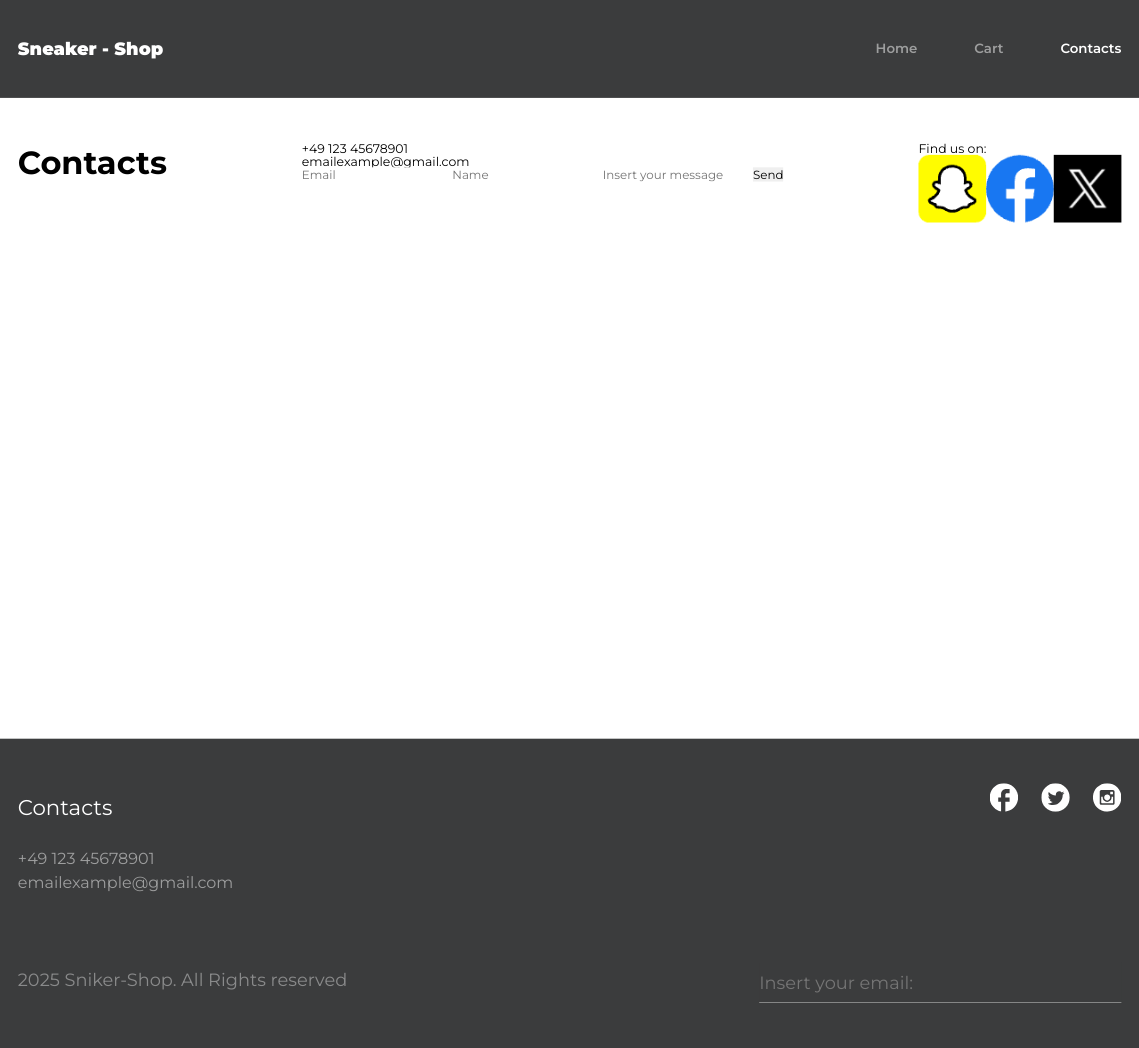
Repository: IstratiiNik/sneaker-shop
Page: /contacts
These files come from the project's save history. The page is drawn as it stood at one moment and after a run of saves; the edit follows.
The browser window is 1280 px wide. The pictures show the whole page, at 89% of full size.
The page's requests for data from a server got no answer. The project was rebuilt for these pictures with package versions that can differ from the ones it lists, and the page was loaded fresh each time. No one was signed in, and anything a server would have sent is missing. Also part of the build but not shown: vite.config.js, src/components/News/News.module.scss, src/components/News/News.jsx, src/components/ProductCard/ProductCard.module.scss, src/components/ProductCard/ProductCard.jsx, src/components/Main/Main.module.scss, src/components/Main/Main.jsx, src/components/CartCard/CartCard.module.scss and 3 more.

Above is the page before, as saved 2025-07-03 11:21:52.

### index.html
<!DOCTYPE html>
<html lang="en">
  <head>
    <meta charset="UTF-8" />
    <link rel="icon" type="image/svg+xml" href="/vite.svg" />
    <link rel="preconnect" href="https://fonts.googleapis.com" />
    <link rel="preconnect" href="https://fonts.gstatic.com" crossorigin />
    <link
      href="https://fonts.googleapis.com/css2?family=Montserrat:ital,wght@0,100..900;1,100..900&family=Red+Hat+Display:ital,wght@0,300..900;1,300..900&display=swap"
      rel="stylesheet"
    />
    <link rel="preconnect" href="https://fonts.googleapis.com" />
    <link rel="preconnect" href="https://fonts.gstatic.com" crossorigin />
    <link
      href="https://fonts.googleapis.com/css2?family=Inter:ital,opsz,wght@0,14..32,100..900;1,14..32,100..900&family=Montserrat:ital,wght@0,100..900;1,100..900&family=Red+Hat+Display:ital,wght@0,300..900;1,300..900&display=swap"
      rel="stylesheet"
    />
    <meta name="viewport" content="width=device-width, initial-scale=1.0" />
    <title>Sneaker Shop</title>
  </head>
  <body>
    <div id="root"></div>
    <script type="module" src="/src/main.jsx"></script>
  </body>
</html>

### src/App.jsx
import { BrowserRouter as Router, Routes, Route } from "react-router-dom";

import Header from "./components/Header/Header";
import Main from "./components/Main/Main";
import Cart from "./components/Cart/Cart";
import Contacts from "./components/Contacts/Contacts";
import Footer from "./components/Footer/Footer";
import "./App.css";
import { CartProvider } from "./context/CartContext";

function App() {
  return (
    <div className="wrapper">
      <CartProvider>
        <Header />
        <main>
          <Routes>
            <Route path="/" element={<Main />} />
            <Route path="/cart" element={<Cart />} />
            <Route path="/contacts" element={<Contacts />} />
          </Routes>
        </main>
        <Footer />
      </CartProvider>
    </div>
  );
}

export default App;

### src/components/Header/Header.jsx
import React from "react";
import { NavLink } from "react-router-dom";
import styles from "./Header.module.scss";

// Header with navigation links
const Header = () => {
  return (
    <header className={styles.header}>
      <div className={styles.container}>
        <h1>Sneaker - Shop</h1>
        <nav className={styles.nav}>
          <NavLink
            to="/"
            style={({ isActive }) => ({
              color: isActive ? "#FFFFFF" : "#FFFFFF80",
            })}
          >
            Home
          </NavLink>
          <NavLink
            to="/cart"
            style={({ isActive }) => ({
              color: isActive ? "#FFFFFF" : "#FFFFFF80",
            })}
          >
            Cart
          </NavLink>
          <NavLink
            to="/contacts"
            style={({ isActive }) => ({
              color: isActive ? "#FFFFFF" : "#FFFFFF80",
            })}
          >
            Contacts
          </NavLink>
        </nav>
      </div>
    </header>
  );
};

export default Header;

### src/components/Contacts/Contacts.jsx
import React from "react";
import SnapChat from "../../assets/contacts/SnapChat.png";
import Facebook from "../../assets/contacts/Facebook.png";
import X from "../../assets/contacts/X.png";
import styles from "./Contacts.module.scss";

const Contacts = () => {
  return (
    <section className={styles.contacts}>
      <h1>Contacts</h1>
      <div className={styles.contactForm}>
        <ul>
          <li>+49 123 45678901</li>
          <li>emailexample@gmail.com</li>
          <form action="#">
            <input type="email" placeholder="Email" required />
            <input type="text" placeholder="Name" required />
            <input type="textarea" placeholder="Insert your message" required />
            <button type="submit">Send</button>
          </form>
        </ul>
      </div>
      <div className={styles.links}>
        <p>Find us on:</p>
        <a href="https://www.snapchat.com">
          <img src={SnapChat} alt="Snapchat" />
        </a>
        <a href="https://www.facebook.com">
          <img src={Facebook} alt="Facebook" />
        </a>
        <a href="https://www.X.com">
          <img src={X} alt="X" />
        </a>
      </div>
    </section>
  );
};

export default Contacts;

### src/components/Footer/Footer.jsx
import React from "react";
import styles from "./Footer.module.scss";
import facebookLogo from "../../assets/Facebook_logo.svg";
import twitterLogo from "../../assets/Twitter_logo.svg";
import instagramLogo from "../../assets/Instagram_logo.svg";

// Footer with contacts and social links
const Footer = () => {
  return (
    <footer className={styles.footer}>
      <div className={styles.container}>
        <div className={styles.footerLeft}>
          <h3>Contacts</h3>
          <div>
            <span>+49 123 45678901</span>
            <span>emailexample@gmail.com</span>
          </div>
          <p>2025 Sniker-Shop. All Rights reserved</p>
        </div>
        <div className={styles.footerRight}>
          <div>
            <a href="link.domain">
              <img src={facebookLogo} alt="facebook" />
            </a>
            <a href="link.domain">
              <img src={twitterLogo} alt="twitter" />
            </a>
            <a href="link.domain">
              <img src={instagramLogo} alt="instagram" />
            </a>
          </div>
          <input type="text" placeholder="Insert your email:" />
        </div>
      </div>
    </footer>
  );
};

export default Footer;

### src/App.css
@import "reset.css";

#root {
  font-family: Montserrat;
  margin: 0 auto;
  height: 100%;
}

.wrapper {
  min-height: 100vh;
  display: flex;
  flex-direction: column;
}
main {
  flex: 1;
}

### src/context/CartContext.jsx
import React, { createContext, useState, useContext, useEffect } from "react";
import axios from "axios";

// Create context for cart
const CartContext = createContext();

// Provider component for cart context
export const CartProvider = ({ children }) => {
  const [cartItems, setCartItems] = useState([]);

  // Fetch cart items from API on mount
  useEffect(() => {
    const fetchCartItems = async () => {
      try {
        const response = await axios.get(
          "https://6863d97e88359a373e969065.mockapi.io/cartData"
        );
        setCartItems(response.data);
      } catch (error) {
        console.error("Error when retrieving shopping cart data: ", error);
      }
    };
    fetchCartItems();
  }, []);

  // Add product to cart and update state
  const addToCart = async (product) => {
    try {
      const response = await axios.post(
        "https://6863d97e88359a373e969065.mockapi.io/cartData",
        product
      );
      setCartItems((prevItems) => [...prevItems, response.data]);
    } catch (error) {
      console.error("Error when adding cart data: ", error);
    }
  };

  // Delete product from cart and update state
  const deleteFromCart = async (product) => {
    try {
      await axios.delete(
        `https://6863d97e88359a373e969065.mockapi.io/cartData/${product.id}`
      );
      setCartItems((prevItems) =>
        prevItems.filter((item) => item.id !== product.id)
      );
    } catch (error) {
      console.error("Error when deleting an item from the cart: ", error);
    }
  };

  // Provide cart state and actions to children
  return (
    <CartContext.Provider value={{ cartItems, addToCart, deleteFromCart }}>
      {children}
    </CartContext.Provider>
  );
};

// Custom hook for using cart context
export const useCart = () => useContext(CartContext);

### src/components/Header/Header.module.scss
.header {
  background-color: rgb(59, 60, 61);
  height: 110px;
  width: 100%;
}
.container {
  max-width: 1460px;
  margin: 0 auto;
  height: 100%;
  display: flex;
  align-items: center;
  justify-content: space-between;
  padding: 0 20px;

  h1 {
    color: rgb(255, 255, 255);
    font-size: 20px;
    font-weight: 900;
    line-height: 24px;
  }
}

.nav {
  display: flex;
  gap: 64px;

  font-size: 15px;
  font-weight: 600;
  line-height: 18px;

  @media (max-width: 900px) {
    gap: 40px;
  }

  @media (max-width: 600px) {
    gap: 30px;
  }
}

### src/components/Contacts/Contacts.module.scss
.contacts {
  display: flex;
  justify-content: space-between;
  max-width: 1460px;
  min-height: 100vh;
  padding: 50px 20px;
  margin: 0 auto;

  h1 {
    font-size: 36px;
    font-weight: 700;
    line-height: 44px;

  }
}
.contactForm {
}
.links {
}

### src/components/Footer/Footer.module.scss
.footer {
  background-color: rgb(59, 60, 61);
  height: 347px;
  width: 100%;
}
.container {
  max-width: 1460px;
  margin: 0 auto;
  height: 100%;
  display: flex;
  align-items: center;
  justify-content: space-between;
  padding: 0 20px;
}

.footerLeft {
  h3 {
    color: rgb(255, 255, 255);
    font-size: 24px;
    line-height: 81%;
    margin-bottom: 40px;
  }

  div {
    display: flex;
    flex-direction: column;
    gap: 13px;

    margin-bottom: 93px;
    color: rgba(255, 255, 255, 0.5);
    font-size: 18px;
    font-weight: 400;
    line-height: 81%;
  }

  p {
    color: rgba(255, 255, 255, 0.5);
    font-size: 20px;
    line-height: 81%;
    opacity: 0.8;
  }
}

.footerRight {
  div {
    img {
      height: 32px;
      width: 32px;
    }
    display: flex;
    justify-content: end;
    gap: 26px;
    margin-bottom: 170px;
  }

  input {
    background-color: rgb(59, 60, 61);
    color: rgba(255, 255, 255, 0.5);
    font-size: 20px;
    font-weight: 400;
    line-height: 81%;
    padding: 10px 0;
    min-width: 407px;

    border-bottom: 1px solid rgba(255, 255, 255, 0.5);

    @media (max-width: 900px) {
      min-width: 0;
    }
  }
}

### src/reset.css
@charset "UTF-8";
/*Reset style*/
* {
  padding: 0;
  margin: 0;
  border: 0;
}

*,
*:before,
*:after {
  -webkit-box-sizing: border-box;
  box-sizing: border-box;
}

:focus,
:active {
  outline: none;
}

a:focus,
a:active {
  outline: none;
}

nav,
footer,
header,
aside {
  display: block;
}

html,
body {
  height: 100%;
  width: 100%;
  font-size: 100%;
  line-height: 1;
  font-size: 14px;
  -ms-text-size-adjust: 100%;
  -moz-text-size-adjust: 100%;
  -webkit-text-size-adjust: 100%;
}

input,
button,
textarea {
  font-family: inherit;
}

input::-ms-clear {
  display: none;
}

button {
  cursor: pointer;
}

button::-moz-focus-inner {
  padding: 0;
  border: 0;
}

a,
a:visited {
  text-decoration: none;
}

a:hover {
  text-decoration: underline;
}

ul li {
  list-style: none;
}

img {
  vertical-align: top;
}

h1,
h2,
h3,
h4,
h5,
h6 {
  font-size: inherit;
  font-weight: inherit;
}

/*--------------------*/

Loaded but not shown: src/main.jsx (common file)

After the next 2 saves:
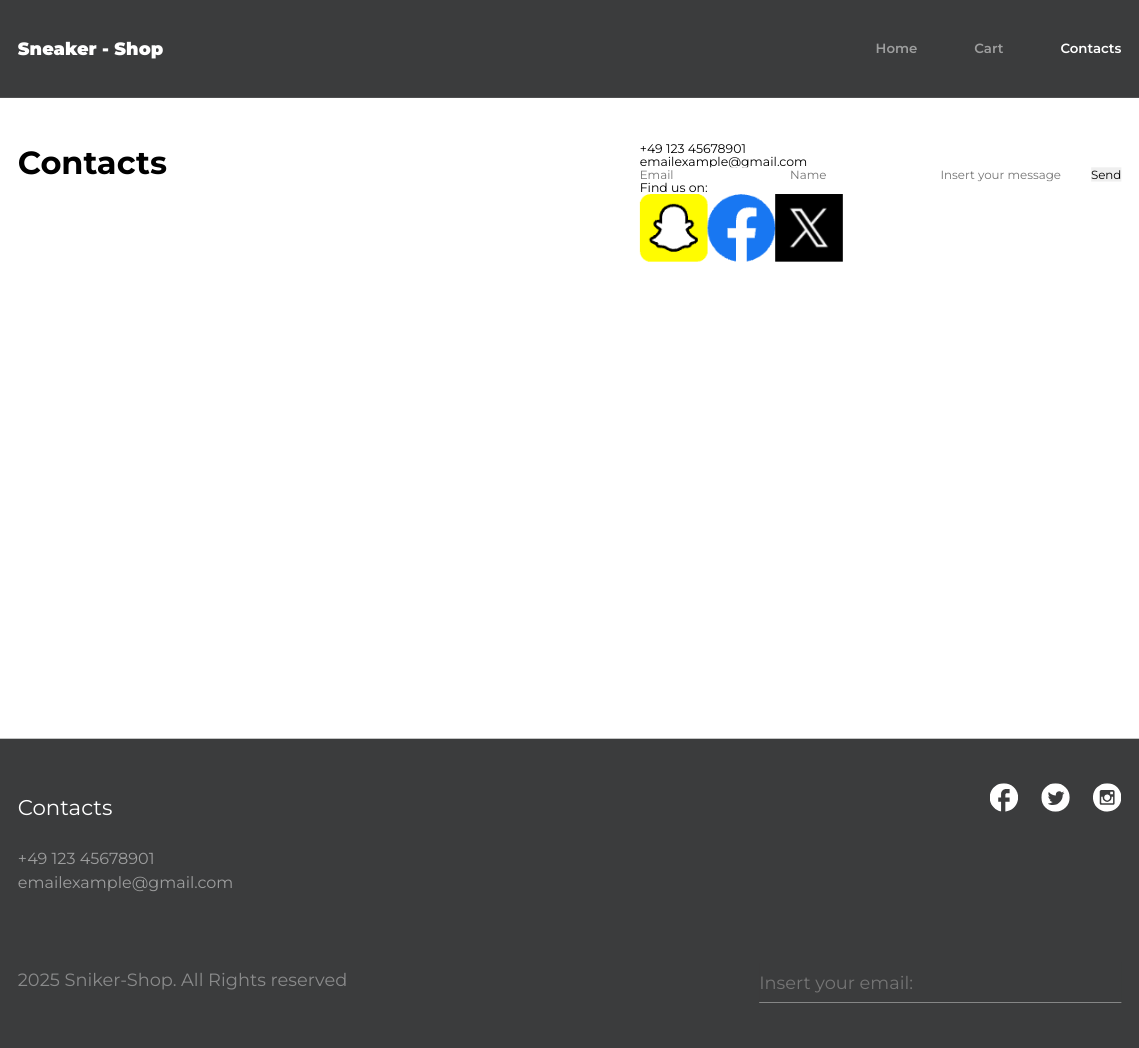
The 2 saves are shown as one change because they came seconds apart.
The last was saved 26 s later.
--- a/src/components/Contacts/Contacts.jsx
+++ b/src/components/Contacts/Contacts.jsx
@@ -8,30 +8,32 @@ const Contacts = () => {
   return (
     <section className={styles.contacts}>
       <h1>Contacts</h1>
-      <div className={styles.contactForm}>
-        <ul>
-          <li>+49 123 45678901</li>
-          <li>emailexample@gmail.com</li>
-          <form action="#">
-            <input type="email" placeholder="Email" required />
-            <input type="text" placeholder="Name" required />
-            <input type="textarea" placeholder="Insert your message" required />
-            <button type="submit">Send</button>
-          </form>
-        </ul>
-      </div>
-      <div className={styles.links}>
-        <p>Find us on:</p>
-        <a href="https://www.snapchat.com">
-          <img src={SnapChat} alt="Snapchat" />
-        </a>
-        <a href="https://www.facebook.com">
-          <img src={Facebook} alt="Facebook" />
-        </a>
-        <a href="https://www.X.com">
-          <img src={X} alt="X" />
-        </a>
-      </div>
+      <div>
+			<div className={styles.contactForm}>
+			  <ul>
+				 <li>+49 123 45678901</li>
+				 <li>emailexample@gmail.com</li>
+				 <form action="#">
+					<input type="email" placeholder="Email" required />
+					<input type="text" placeholder="Name" required />
+					<input type="textarea" placeholder="Insert your message" required />
+					<button type="submit">Send</button>
+				 </form>
+			  </ul>
+			</div>
+			<div className={styles.links}>
+			  <p>Find us on:</p>
+			  <a href="https://www.snapchat.com">
+				 <img src={SnapChat} alt="Snapchat" />
+			  </a>
+			  <a href="https://www.facebook.com">
+				 <img src={Facebook} alt="Facebook" />
+			  </a>
+			  <a href="https://www.X.com">
+				 <img src={X} alt="X" />
+			  </a>
+			</div>
+		</div>
     </section>
   );
 };
